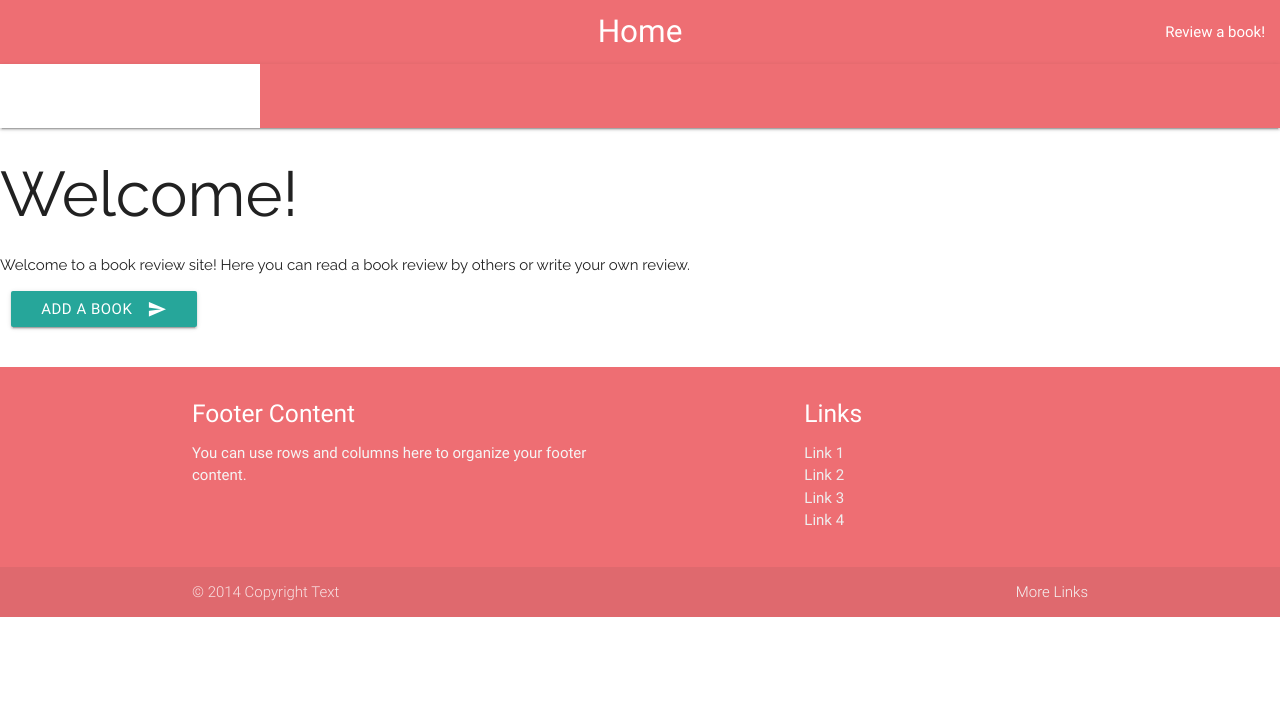
Repository: h8130084/bookReview
Page: http://localhost/
The author's editor kept a record of every edit. The page is drawn from the files as they stood at one moment, then again after the next edit.
The browser window is 1280 px wide. The pictures show the whole page.
Some web libraries are served in a nearby version. The page is served by the project's application, run on Flask 3 (app.py). Queries for data that is not in the repository find no rows.

Above is the page before.
Console error: ReferenceError: M is not defined

### templates/books.html
{% extends 'base.html' %} {% block content %}

<div class="wrapper">
    <h1> Welcome!</h1>
    <div class="sub-heading" "row"> Welcome to a book review site! Here you can read a book review by others or write your own review.</div>
    <div class="row">
        <ul>
            {% for book in books%}

            <div class="col s12">
                <li class="list_of_books"> <a href="{{url_for('book_info', book_id=book._id)}}">{{book.Title}}</a>
                </li><br>

            </div>
            {% endfor %}
        </ul>


        <div class="row" "addBookButton">
            <form action="{{url_for('add_book')}}" class="col s12">
                <button class="btn waves-effect waves-light" type="submit" name="action">add a book
                <i class="material-icons right">send</i>
            </button>
            </form>
        </div>

    </div>
</div>

{% endblock %}

### templates/base.html
<!DOCTYPE html>
<html lang="en">

<head>
    <meta charset="UTF-8">
    <meta name="viewport" content="width=device-width, initial-scale=1.0">
    <meta http-equiv="X-UA-Compatible" content="ie=edge">

    <!-- taken from google fonts, materilaize and cdnjs -->
    <link href="https://fonts.googleapis.com/icon?family=Material+Icons" rel="stylesheet">
    <link rel="stylesheet" href="https://cdnjs.cloudflare.com/ajax/libs/materialize/0.100.2/css/materialize.min.css">
    <link rel="stylesheet" href="{{url_for('static', filename='/style.css')}}" type="text/css" />

    <title>Document</title>
</head>

<body>
    <header>
        <nav>
            <div class="nav-wrapper">
                <a href="{{url_for('get_books')}}" class="brand-logo center">Home</a>
                <ul id="nav-mobile" class="right">
                    <li><a href="{{url_for('add_book')}}">Review a book!</a></li>
            </div>
        </nav>
        <nav>
            <div class="nav-wrapper">
                <form action="{{ url_for('search') }}" method="GET">
                    <div class="input-field">
                        <input id="Title" type="Title" name="Title" required>
                        <label class="label-icon" for="search"><i class="material-icons">search</i></label>
                    </div>
                </form>
            </div>
        </nav>
    </header>



    {% block content %} {% endblock %}

    <script src="https://cdnjs.cloudflare.com/ajax/libs/jquery/3.2.1/jquery.min.js"></script>
    <script src="https://cdnjs.cloudflare.com/ajax/libs/materialize/0.100.2/js/materialize.min.js"></script>
    <script type="text/javascript">
        $(document).ready(function() {
            $('.tabs').tabs();
            $('#Review').val('New Text');
            M.textareaAutoResize($('#Review'));
            $('.sidenav').sidenav();
        });
    </script>
    </div>


</body>


<footer class="page-footer">
    <div class="container">
        <div class="row">
            <div class="col l6 s12">
                <h5 class="white-text">Footer Content</h5>
                <p class="grey-text text-lighten-4">You can use rows and columns here to organize your footer content.</p>
            </div>
            <div class="col l4 offset-l2 s12">
                <h5 class="white-text">Links</h5>
                <ul>
                    <li><a class="grey-text text-lighten-3" href="#!">Link 1</a></li>
                    <li><a class="grey-text text-lighten-3" href="#!">Link 2</a></li>
                    <li><a class="grey-text text-lighten-3" href="#!">Link 3</a></li>
                    <li><a class="grey-text text-lighten-3" href="#!">Link 4</a></li>
                </ul>
            </div>
        </div>
    </div>
    <div class="footer-copyright">
        <div class="container">
            © 2014 Copyright Text
            <a class="grey-text text-lighten-4 right" href="#!">More Links</a>
        </div>
    </div>
</footer>

</html>

### app.py
import os
from flask import Flask, render_template, redirect, request, url_for
from flask_pymongo import PyMongo
from bson.objectid import ObjectId
import env

app = Flask(__name__)

app.config["MONGO_DBNAME"] = 'book_review'
app.config["MONGO_URI"] = env.MONGO_URI


mongo = PyMongo(app)

@app.route('/')
@app.route('/ get_books')
def get_books():
     return render_template("books.html", books=mongo.db.book_details.find())

@app.route('/search', methods=['GET'])
def search():
     searched_book = request.args.get('Title')
     book = mongo.db.book_details.find({'Title': searched_book})
     return render_template("search.html", book=book)

@app.route('/edit_book/<book_id>')
def edit_book(book_id):
    the_book = mongo.db.book_details.find_one({"_id": ObjectId(book_id)})
    all_categories = mongo.db.categories.find()
    return render_template('editbook.html', book=the_book, categories=all_categories)

@app.route('/update_book/<book_id>', methods=["POST"])
def update_book(book_id):
    books = mongo.db.book_details
    books.update( {'_id': ObjectId(book_id)},
    {
        'Title': request.form.get('Title'),
        'Author': request.form.get('Author'),
        'Genre': request.form.get('Genre'),
        'Year': request.form.get('Year'),
        'Image_URL': request.form.get('Image_URL'),
        'Amazon': request.form.get('Amazon'),
        'Review': request.form.get('Review')
    })
    return redirect(url_for('get_books'))

#book details page
@app.route('/book_info/<book_id>')
def book_info(book_id):
    the_book = mongo.db.book_details.find_one({"_id": ObjectId(book_id)})
    all_categories = mongo.db.categories.find()
    return render_template('bookdetails.html', book=the_book, categories=all_categories, comments=mongo.db.comments.find())

def get_comments():
    comments = mongo.db.comments.find()
    print(comments.bookID)
    return render_template('bookdetails.html', comments=comments)

#  takes the details from the form and adds the comment to the database, then redirects to bookdetails page

@app.route('/insert_comment', methods=['POST'])
def insert_comment():

    new_comment = {
        'bookID': request.form.get('Title_comment'),
        'comment': request.form.get('comment')
    }
    comments = mongo.db.comments
    comments.insert_one(new_comment)
    # ----- get comments should be book.details page to display that the comment just added is present
    return  redirect(url_for('get_books'))

# displays add books page
@app.route('/add_book')
def add_book():
    return render_template('addbook.html')

#  takes the details from the form and adds the book to the database, then redirects to home page
@app.route('/insert_book', methods=['POST'])
def insert_book():

    new_book = {
        'Title': request.form.get('Title'),
        'Author': request.form.get('Author'),
        'Genre': request.form.get('Genre'),
        'Year': request.form.get('Year'),
        'Image_URL': request.form.get('Image_URL'),
        'Amazon': request.form.get('Amazon'),
        'Review': request.form.get('Review'),
        'upvotes': 0,
    }

    books = mongo.db.book_details
    books.insert_one(new_book)
    # ----- get books should be home page to display that the book just added is present
    return redirect(url_for('get_books'))

#  adds one to the upvotes
@app.route('/upvote', methods=['POST'])
def add_upvote():

    new_upvote = {
        'upvotes': 0,
    }
    books = mongo.db.book_details
    books.insert_one(new_upvote)
    return redirect(url_for('get_books'))



# delete the book
@app.route('/delete_book/<book_id>')
def delete_book(book_id):
    mongo.db.book_details.remove({'_id': ObjectId(book_id)})
    return redirect(url_for('get_books'))


if __name__ == '__main__':
    app.run(host=os.environ.get('IP'),
    port=int(os.environ.get('PORT')),
    debug=True)

### static/style.css
@import url('https://fonts.googleapis.com/css?family=Raleway&display=swap');

/*body{*/
/*    background-color: green;*/
/*}*/

.footer{
    background-color: red;
}

.coverIMG {
width: 100%;
  max-width: 400px;
  height: auto;
  position: center;
}

.books{
   background-color: red;
   position: center;
   position: absolute;
 }

.list_of_books{
    text-align: center;
    border: double;
}

/*text*/
h1{
  font-family: 'Raleway', sans-serif;
}
.sub-heading {
  font-family: 'Raleway', sans-serif;
}

After the next edit:
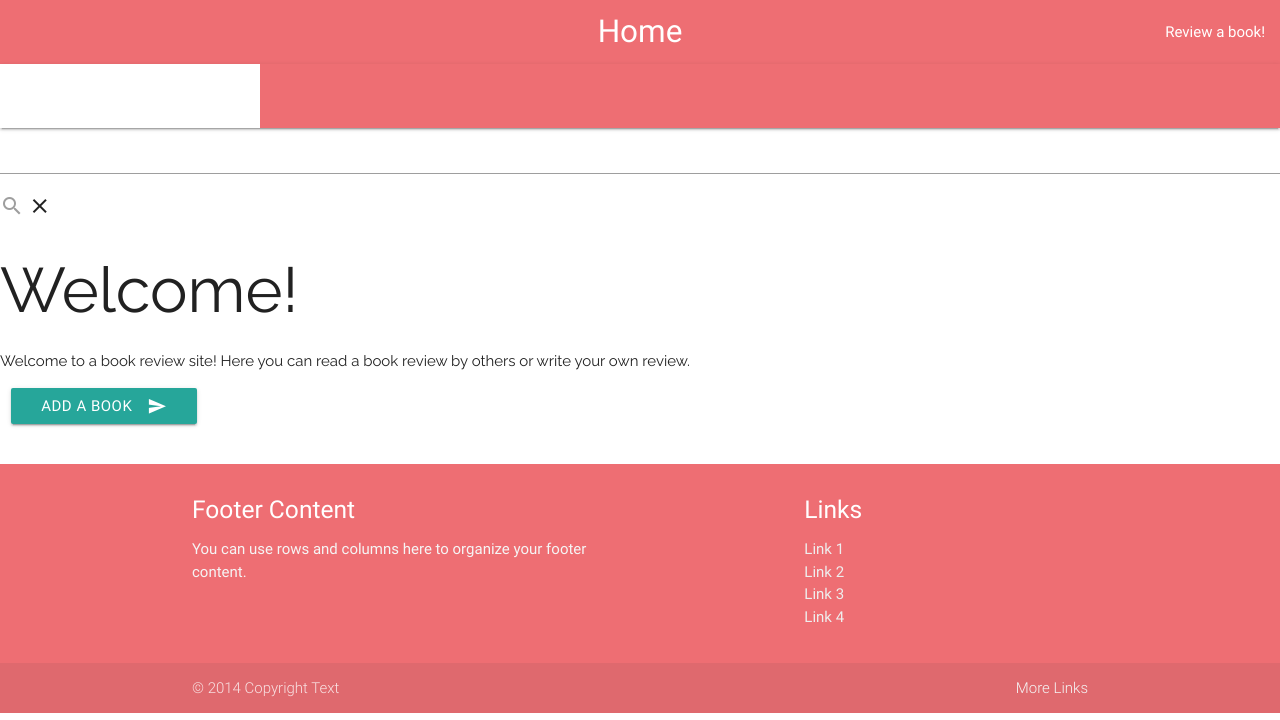
The edit:
--- a/templates/base.html
+++ b/templates/base.html
@@ -33,6 +33,16 @@
                 </form>
             </div>
         </nav>
+
+
+
+          <input id="search" type="search" required>
+          <label class="label-icon" for="search"><i class="material-icons">search</i></label>
+          <i class="material-icons">close</i>
+        </div>
+      </form>
+    </div>
+  </nav>
     </header>
 
 

After the 2 edits that followed:
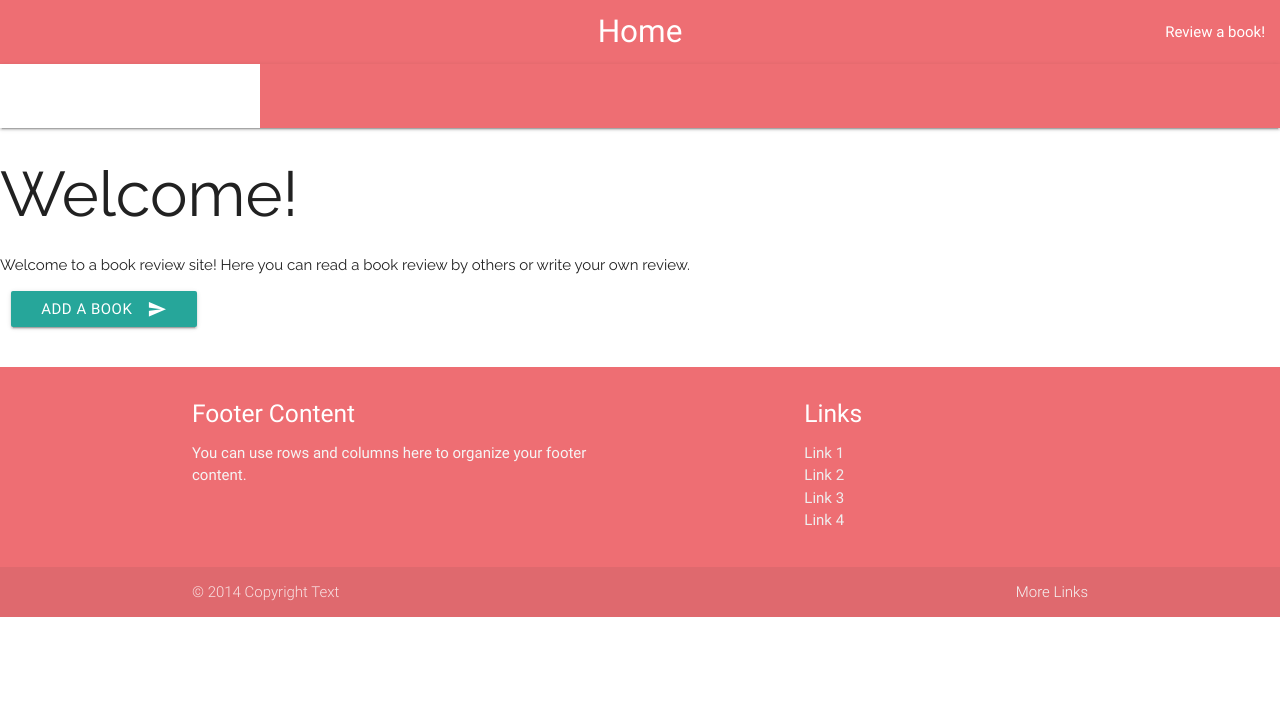
The 2 edits are shown as one change because 1 left the picture as it was.
The edit:
--- a/templates/base.html
+++ b/templates/base.html
@@ -27,22 +27,13 @@
             <div class="nav-wrapper">
                 <form action="{{ url_for('search') }}" method="GET">
                     <div class="input-field">
-                        <input id="Title" type="Title" name="Title" required>
+                        <input id="search" type="Title" name="Title" required>
                         <label class="label-icon" for="search"><i class="material-icons">search</i></label>
                     </div>
                 </form>
             </div>
         </nav>
 
-
-
-          <input id="search" type="search" required>
-          <label class="label-icon" for="search"><i class="material-icons">search</i></label>
-          <i class="material-icons">close</i>
-        </div>
-      </form>
-    </div>
-  </nav>
     </header>
 
 
